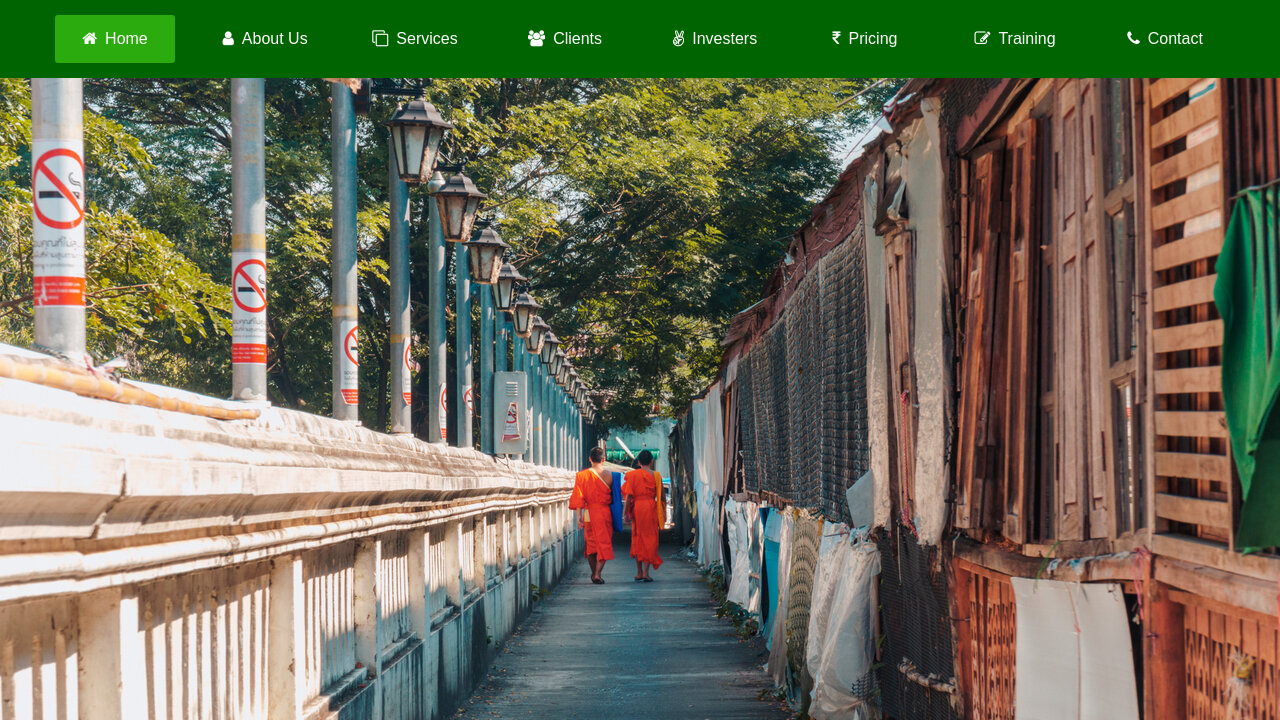
Repository: Alex-Serky/Dossier-Nav
Page: Nav-Nav/index.html
An editor plug-in stored every save of this project. The page is shown before and after the next save, followed by the edit.
The browser window is 1280 px wide. The pictures show the whole page.

Above is the page before, as saved 2020-02-21 04:21:16.

After the next save:
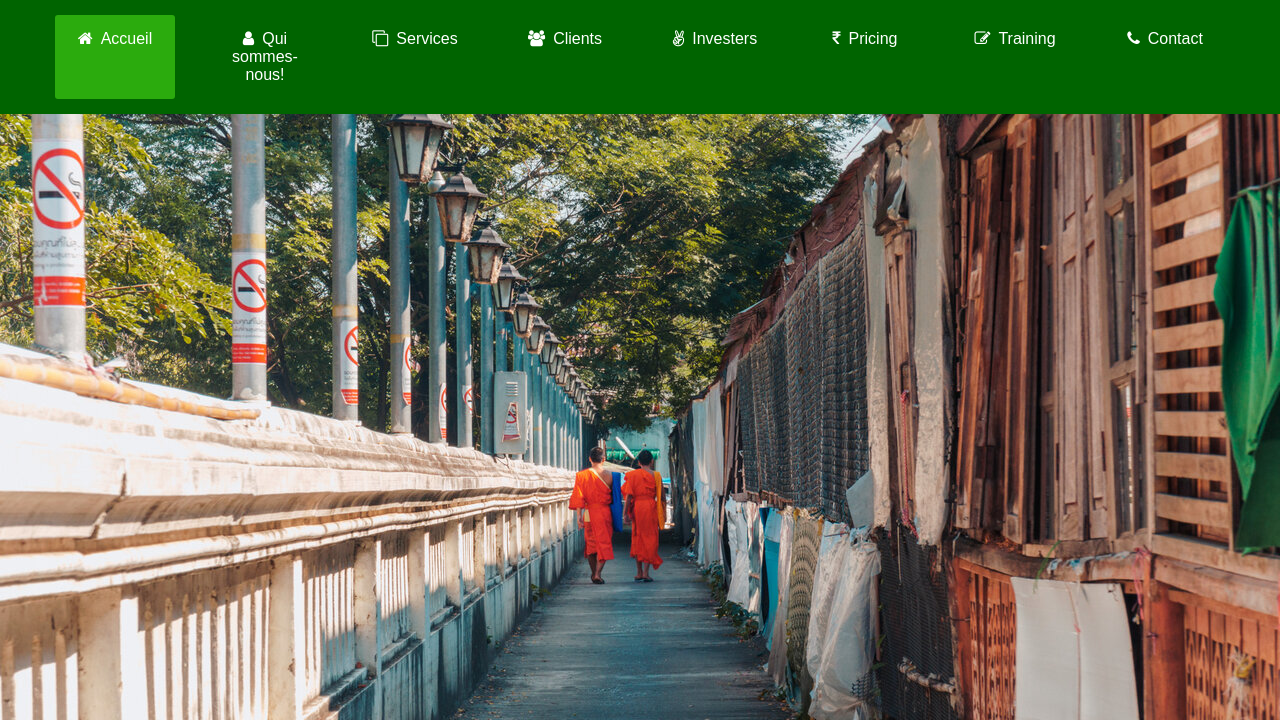
Saved 4 min 32 s later.
--- a/Nav-Nav/index.html
+++ b/Nav-Nav/index.html
@@ -12,13 +12,13 @@
 <body>
     <div class="menu-bar">
         <ul>
-            <li class="active"><a href="#"><i class="fa fa-home"></i>Home</a></li>
-            <li><a href="#"><i class="fa fa-user"></i>About Us</a>
+            <li class="active"><a href="#"><i class="fa fa-home"></i>Accueil</a></li>
+            <li><a href="#"><i class="fa fa-user"></i>Qui sommes-nous!</a>
                 <div class="sub-menu-1">
                     <ul>
                         <li><a href="#">Mission</a></li>
                         <li><a href="#">Vision</a></li>
-                        <li><a href="#">Team</a></li>
+                        <li><a href="#">Equipe</a></li>
                     </ul>
                 </div>
             </li>
